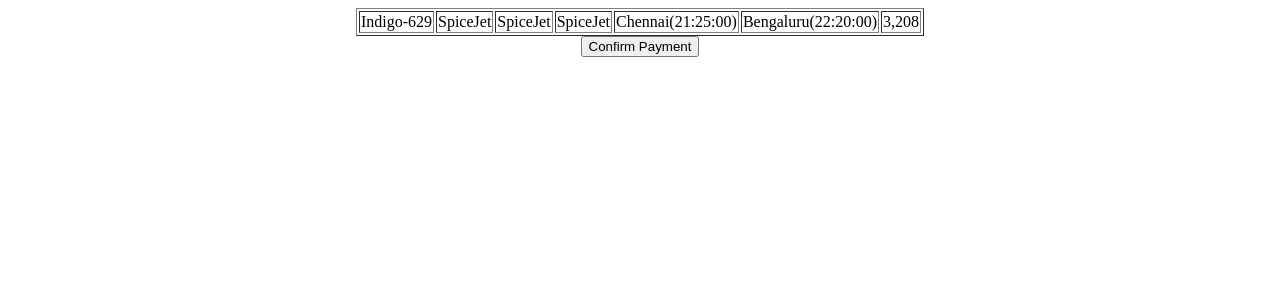
Repository: KanimozhiThandapani/Phase2AirlineBookingProject
Page: http://localhost/AirlineBooking/bookedFlights.jsp
These files come from the project's save history. The page is drawn as it stood at one moment and after the next save; the edit follows.
The browser window is 1280 px wide. The pictures show the whole page.
The page is served by Tomcat 9.

Above is the page before, as saved 2022-04-26 07:49:08.

After the next save:
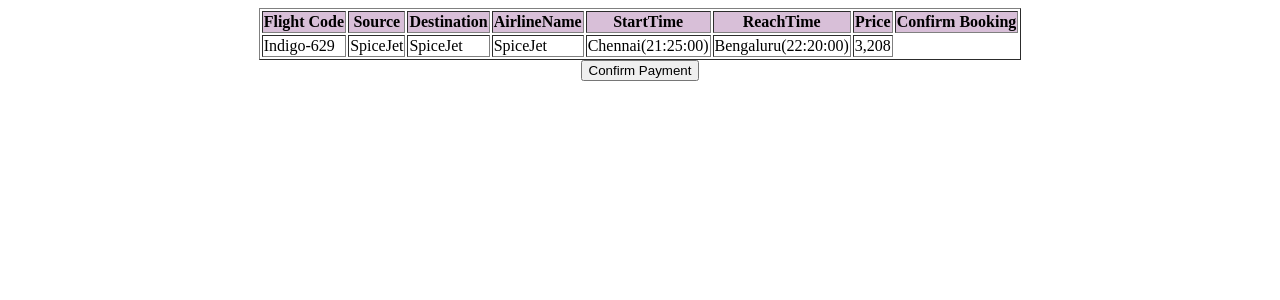
Saved 118 s later.
--- a/AirlineBooking/WebContent/bookedFlights.jsp
+++ b/AirlineBooking/WebContent/bookedFlights.jsp
@@ -12,6 +12,17 @@
 		<form action="paymentPage" method="get">
 
    <table align="center" border="1">
+   <tr bgcolor="thistle" >
+          <th><b>Flight Code</b></th>
+          <th><b>Source</b></th>
+          <th><b>Destination</b></th>
+          <th><b>AirlineName</b></th>
+          <th><b>StartTime</b></th>
+          <th><b>ReachTime</b></th>
+          <th><b>Price</b></th>
+          <th><b>Confirm Booking</b></th>
+    </tr>
+
    <tr>
                     <td>Indigo-629</td>
                     <td>SpiceJet</td>
